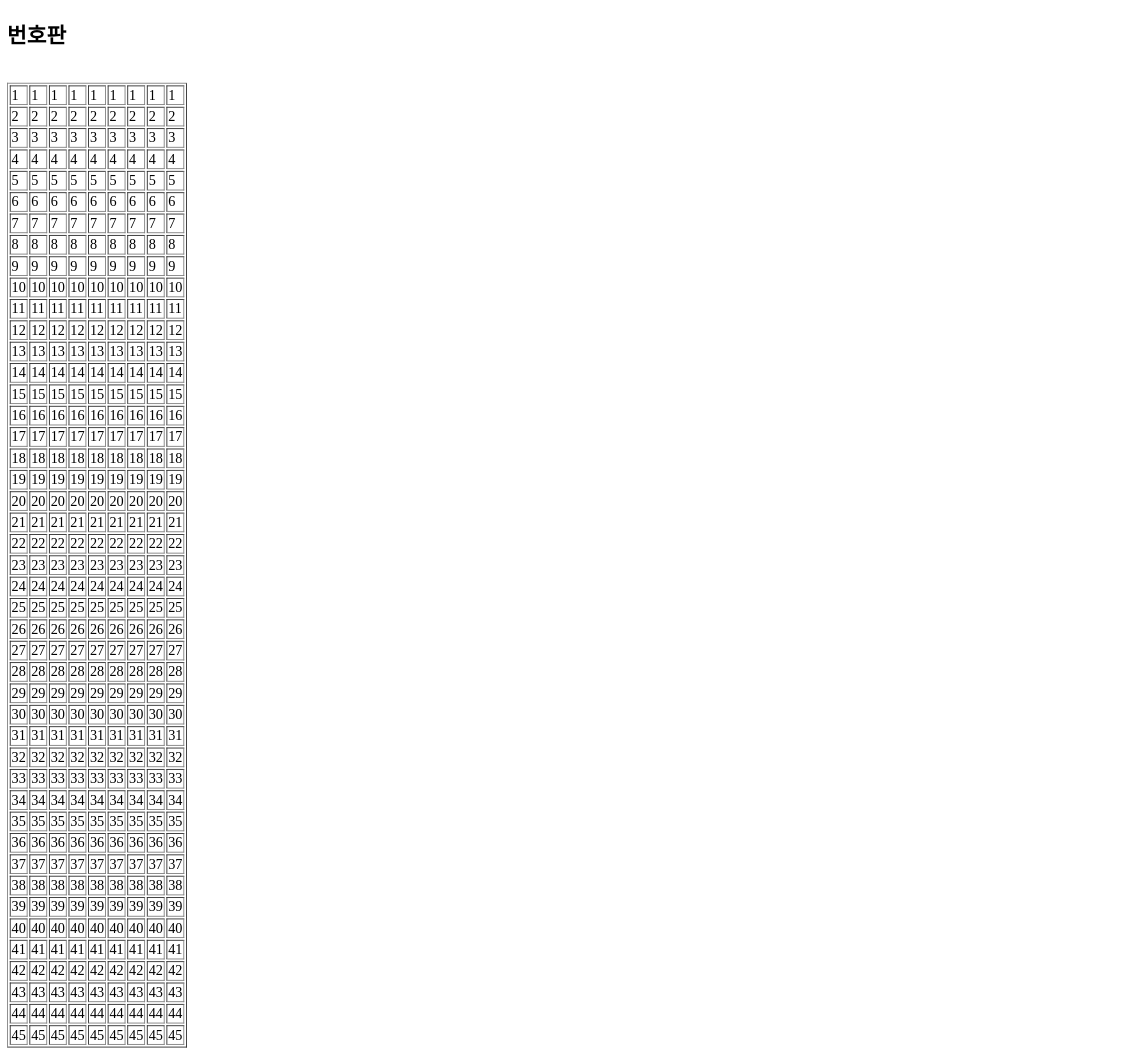
Repository: lhk21go-commits/Jsp2026
Page: http://localhost/chapter01/example_lotto.jsp
These files come from the project's save history. The page is drawn as it stood at one moment and after the next save; the edit follows.
The browser window is 1280 px wide. The pictures show the whole page, at 89% of full size.
The page is served by Tomcat 9.

Above is the page before, as saved 2026-10-16 07:03:39.

After the next save:
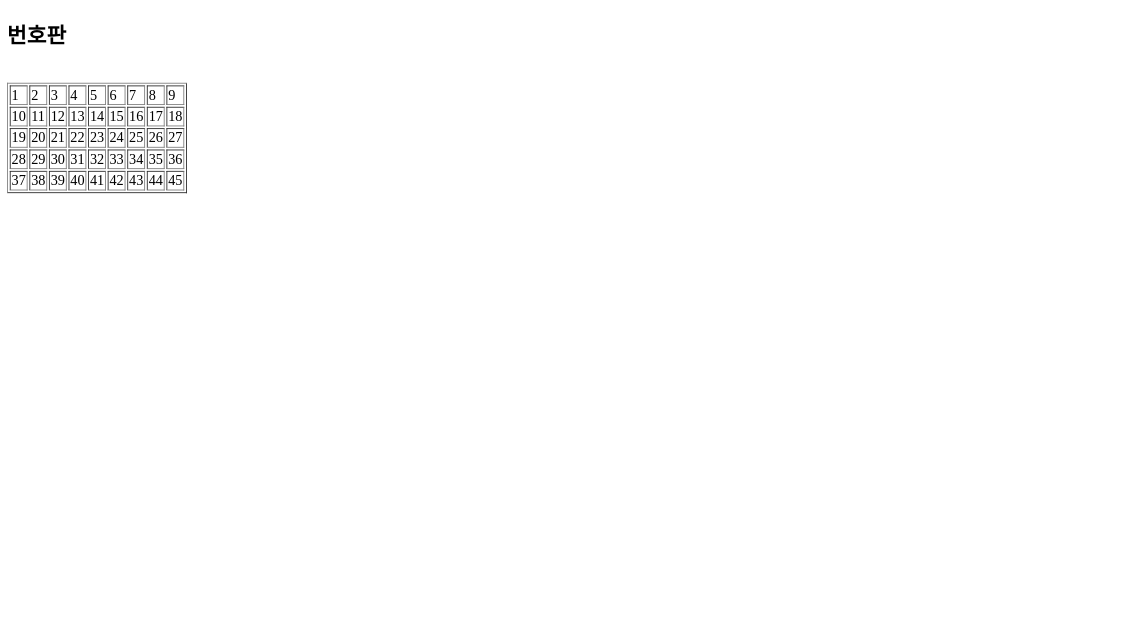
Saved 65 s later.
--- a/chapter01/src/main/webapp/example_lotto.jsp
+++ b/chapter01/src/main/webapp/example_lotto.jsp
@@ -10,13 +10,14 @@
 
 	<h2>번호판</h2>
 	<br/>
-
+	<%! int count = 1; %>
 	<table border="1">
-		<% for(int i=1; i<=45; i++){	%>
+		<% for(int i=1; i<=5; i++){	%>
 		<tr>
 			<%	for(int j=1; j<=9; j++){	%>
-			<td><%=i %></td>
-			<%}; %>
+			<td><%=count %></td>
+			<% count++;
+			}; %>
 		</tr>
 		<%}; %>
 	</table>
